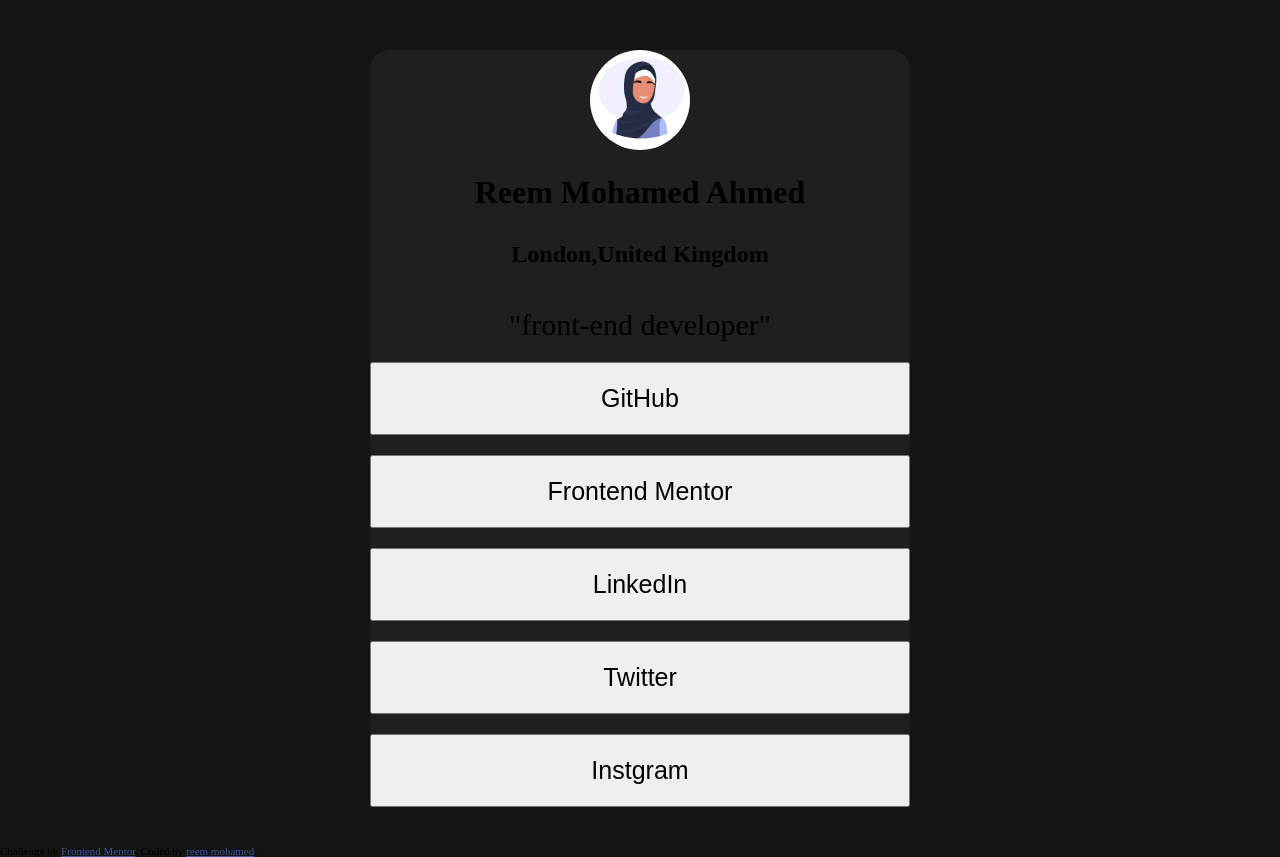
Repository: reemoon-ctrl/social_links_profile_main
Page: index.html
An editor plug-in stored every save of this project. The page is shown before and after a run of saves, followed by the edit.
The browser window is 1280 px wide. The pictures show the whole page.

Above is the page before, as saved 2024-07-23 10:31:08.

### index.html
<!DOCTYPE html>
<html lang="en">
<head>
  <meta charset="UTF-8">
  <meta name="viewport" content="width=device-width, initial-scale=1.0"> <!-- displays site properly based on user's device -->

  <link rel="icon" type="image/png" sizes="32x32" href="./assets/images/favicon-32x32.png">

  <title>Frontend Mentor | Social links profile</title>

  <!-- Feel free to remove these styles or customise in your own stylesheet 👍 -->
  <style>
    .attribution { font-size: 11px; text-align: center; }
    .attribution a { color: hsl(228, 45%, 44%); }
  </style>
  <link rel="stylesheet" href="index.css"/>
</head>
<body>
  <main>
    <div class="position-container">
      <div class="container">
      <div class="head-container">
      <img src="/depositphotos_668859444-stock-illustration-arab-woman-face-covered-hijab.jpg" alt="person-img">
      <h1>Reem Mohamed Ahmed</h1>
      <h2>London,United Kingdom</h2>
      <p>"front-end developer"</p>
      </div>
      <div class="form-container">
      <button>GitHub</button>
      <button>Frontend Mentor</button>
      <button>LinkedIn</button>
      <button>Twitter</button>
      <button>Instgram</button>
      </div>
    </div>
    </div>
 </main>
 <footer>
    <div class="attribution">
      Challenge by <a href="https://www.frontendmentor.io?ref=challenge" target="_blank">Frontend Mentor</a>.
      Coded by <a href="https://www.frontendmentor.io/reemoon-ctrl">reem mohamed</a>.
    </div>
 </footer>
</body>
</html>

### index.css
*{
    box-sizing: border-box;
    margin:0px;
    padding: 0px;
}

body{
    position: relative;

    min-height: 100vh;
    background: hsl(0, 0%, 8%);

}
.position-container{
    display: flex;
    flex-direction: column;
    /* border:1px solid #ddd; */
    margin :auto;
    width: 50%;
    padding:50px;
    min-height:100vh;
    align-items: center;
    justify-content: center;
    text-align: center;
    background:hsl(0, 0%, 8%)
}
.container{
    height:max-content;
    background: #1f1f1f;
    border-radius: 20px;
}

.form-container button{
    font-size: 25px;
    width:100%;
    padding:20px;
}
img{
    width: 100px;
    height: 100px;
    border-radius:70px ;
    margin-bottom: 20px;
}
h1{
    margin-bottom: 30px;
}
h2{
    margin-bottom: 40px;
}
p{
    font-size: 30px;
}
button{
    margin-top: 20px;
    border-radius: x;
}
footer{
    position: absolute;
    bottom: 0px;
    margin: auto;
}

After the next 4 saves:
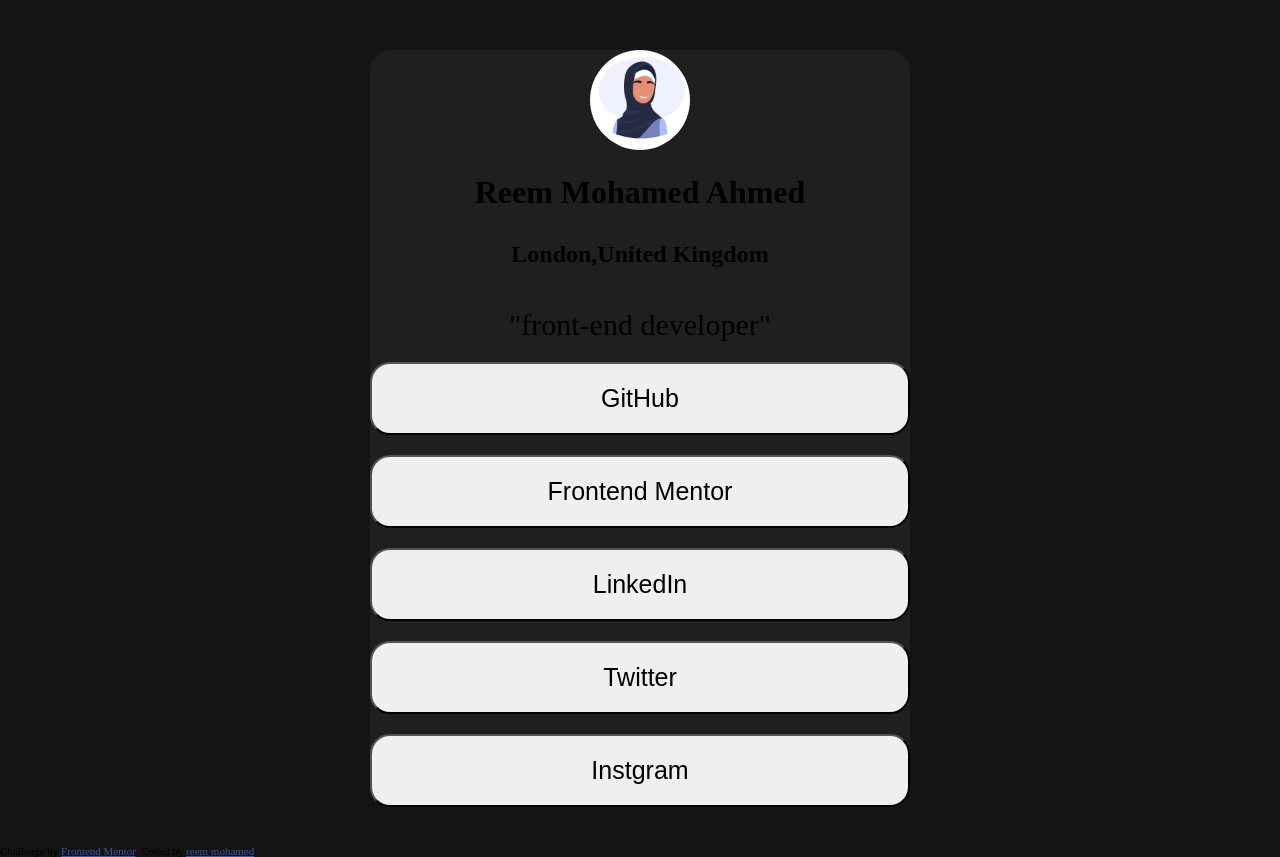
The 4 saves are shown as one change because they came seconds apart.
The last was saved 13 s later.
--- a/index.css
+++ b/index.css
@@ -52,7 +52,7 @@ p{
 }
 button{
     margin-top: 20px;
-    border-radius: x;
+    border-radius:20px;
 }
 footer{
     position: absolute;
